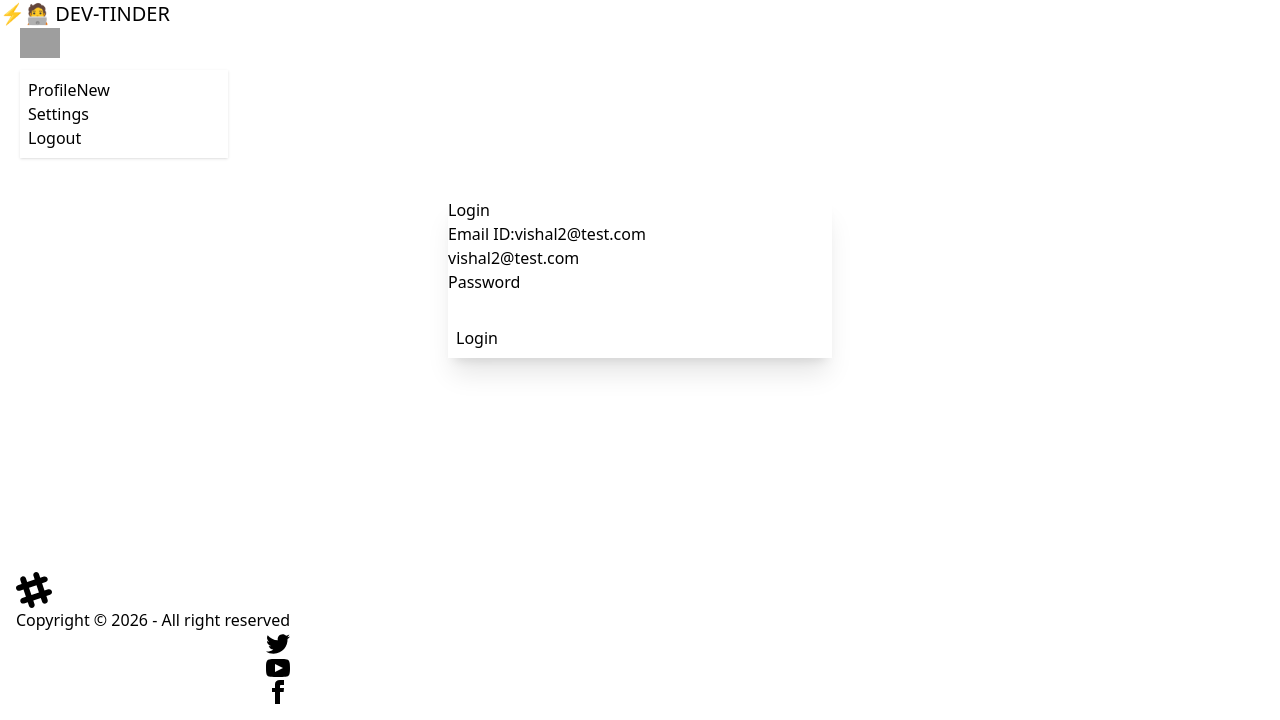
Repository: Mauryavishal18/DEV-TINDER
Page: /login (app in Frontend/)
An editor plug-in stored every save of this project. The page is shown before and after the next save, followed by the edit.
The browser window is 1280 px wide. The pictures show the whole page.
Pictures or frames that could not be fetched are drawn as grey boxes. The project was rebuilt for these pictures with package versions that can differ from the ones it lists, and the page was loaded fresh each time. Also part of the build but not shown: Frontend/vite.config.js, Frontend/src/Profile.jsx.

Above is the page before, as saved 2026-02-15 02:06:18.

### Frontend/index.html
<!doctype html>
<html lang="en">
  <head>
    <meta charset="UTF-8" />
    <link rel="icon" type="image/svg+xml" href="/vite.svg" />
    <meta name="viewport" content="width=device-width, initial-scale=1.0" />
    <title>devtinder</title>
  </head>
  <body>
    <div id="root"></div>
    <script type="module" src="/src/main.jsx"></script>
  </body>
</html>

### Frontend/src/App.jsx
import { BrowserRouter, Route, Routes } from "react-router-dom";
import NavBar from "./NavBar";
import Body from "./Body";
import Login from "./Login";
import Profile from "./Profile";

function App(){
  return (
    <>

    <BrowserRouter basename="/">
     <Routes>
      <Route path="/" element={<Body/>}>
      <Route path="/login" element={<Login/>}/>
     <Route path="/profile" element={<Profile/>}/>
     </Route>
     </Routes>
    </BrowserRouter>
    </>
  );
}

export default App;

### Frontend/src/NavBar.jsx
import React from 'react'

const NavBar = () => {
  return (
     <div className="navbar bg-base-300">
  <div className="flex-1">
    <a className="btn btn-ghost text-xl">⚡🧑‍💻
DEV-TINDER</a>
  </div>
  <div className="flex-none gap-2">
    {/* <div className="form-control">
      <input type="text" placeholder="Search" className="input input-bordered w-24 md:w-auto" />
    </div> */}
    <div className="dropdown dropdown-end mx-5">
      <div tabIndex={0} role="button" className="btn btn-ghost btn-circle avatar">
        <div className="w-10 rounded-full">
          <img
            alt="Tailwind CSS Navbar component"
            src="https://img.daisyui.com/images/stock/photo-1534528741775-53994a69daeb.webp" />
        </div>
      </div>
      <ul
        tabIndex={0}
        className="menu menu-sm dropdown-content bg-base-100 rounded-box z-[1] mt-3 w-52 p-2 shadow">
        <li>
          <a className="justify-between">
            Profile
            <span className="badge">New</span>
          </a>
        </li>
        <li><a>Settings</a></li>
        <li><a>Logout</a></li>
      </ul>
    </div>
  </div>
</div>
    // <div>NavBar</div>
  );
}

export default NavBar;

### Frontend/src/Body.jsx
import React from 'react'
import NavBar from './NavBar'
import { Outlet } from 'react-router-dom';
import Footer from './Footer';

const Body = () => {
  return (
    <div>
        <NavBar/>
        <Outlet/>
        <Footer/>
    </div>
  );
};

export default Body;

### Frontend/src/Login.jsx
import React, { useState } from 'react'
import axios from 'axios';

const Login = () => {
    const[emailId, setEmailId]=useState("vishal2@test.com");
    const[password,setPassword]=useState("");
    const handleLogin=async()=>{
   try{ const res = await axios.post("http://localhost:3000/login",{
        emailId,
        password,
    });}
    catch(err){
        console.error(err)
    }
};


  return (
    <div className='flex justify-center my-10'>
        <div className="card bg-base-300 w-96 shadow-xl">
  <div className="card-body">
    <h2 className="card-title bg-base-300 justify-center">Login</h2>
    <div>
        <label className="form-control w-full max-w-xs my-2">
  <div className="label">
    <span className="label-text">Email ID:{emailId}</span>
    {/* <span className="label-text-alt">Top Right label</span> */}
  </div>
  <input type="text" value={emailId} placeholder="" className="input input-bordered w-full max-w-xs"
  onChange={(e)=>setEmailId(e.target.value)} />

</label>
<label className="form-control w-full max-w-xs my-2">
  <div className="label">
    <span className="label-text">Password</span>
    {/* <span className="label-text-alt">Top Right label</span> */}
  </div>
  <input type="text" value={password} placeholder="" className="input input-bordered w-full max-w-xs"
  onChange={(e)=>setPassword(e.target.value)}/>

</label>
    </div>
    <div className="card-actions justify-center m-2">
      <button className="btn btn-primary" onClick={handleLogin}>Login</button>
    </div>
  </div>
</div>
</div>
  );
};

export default Login

### Frontend/src/Footer.jsx
import React from 'react'

const Footer = () => {
  return (

        <footer className="footer bg-base-200 text-neutral-content items-center p-4 fixed bottom-0">
  <aside className="grid-flow-col items-center">
    <svg
      width="36"
      height="36"
      viewBox="0 0 24 24"
      xmlns="http://www.w3.org/2000/svg"
      fillRule="evenodd"
      clipRule="evenodd"
      className="fill-current">
      <path
        d="M22.672 15.226l-2.432.811.841 2.515c.33 1.019-.209 2.127-1.23 2.456-1.15.325-2.148-.321-2.463-1.226l-.84-2.518-5.013 1.677.84 2.517c.391 1.203-.434 2.542-1.831 2.542-.88 0-1.601-.564-1.86-1.314l-.842-2.516-2.431.809c-1.135.328-2.145-.317-2.463-1.229-.329-1.018.211-2.127 1.231-2.456l2.432-.809-1.621-4.823-2.432.808c-1.355.384-2.558-.59-2.558-1.839 0-.817.509-1.582 1.327-1.846l2.433-.809-.842-2.515c-.33-1.02.211-2.129 1.232-2.458 1.02-.329 2.13.209 2.461 1.229l.842 2.515 5.011-1.677-.839-2.517c-.403-1.238.484-2.553 1.843-2.553.819 0 1.585.509 1.85 1.326l.841 2.517 2.431-.81c1.02-.33 2.131.211 2.461 1.229.332 1.018-.21 2.126-1.23 2.456l-2.433.809 1.622 4.823 2.433-.809c1.242-.401 2.557.484 2.557 1.838 0 .819-.51 1.583-1.328 1.847m-8.992-6.428l-5.01 1.675 1.619 4.828 5.011-1.674-1.62-4.829z"></path>
    </svg>
    <p>Copyright © {new Date().getFullYear()} - All right reserved</p>
  </aside>
  <nav className="grid-flow-col gap-4 md:place-self-center md:justify-self-end">
    <a>
      <svg
        xmlns="http://www.w3.org/2000/svg"
        width="24"
        height="24"
        viewBox="0 0 24 24"
        className="fill-current">
        <path
          d="M24 4.557c-.883.392-1.832.656-2.828.775 1.017-.609 1.798-1.574 2.165-2.724-.951.564-2.005.974-3.127 1.195-.897-.957-2.178-1.555-3.594-1.555-3.179 0-5.515 2.966-4.797 6.045-4.091-.205-7.719-2.165-10.148-5.144-1.29 2.213-.669 5.108 1.523 6.574-.806-.026-1.566-.247-2.229-.616-.054 2.281 1.581 4.415 3.949 4.89-.693.188-1.452.232-2.224.084.626 1.956 2.444 3.379 4.6 3.419-2.07 1.623-4.678 2.348-7.29 2.04 2.179 1.397 4.768 2.212 7.548 2.212 9.142 0 14.307-7.721 13.995-14.646.962-.695 1.797-1.562 2.457-2.549z"></path>
      </svg>
    </a>
    <a>
      <svg
        xmlns="http://www.w3.org/2000/svg"
        width="24"
        height="24"
        viewBox="0 0 24 24"
        className="fill-current">
        <path
          d="M19.615 3.184c-3.604-.246-11.631-.245-15.23 0-3.897.266-4.356 2.62-4.385 8.816.029 6.185.484 8.549 4.385 8.816 3.6.245 11.626.246 15.23 0 3.897-.266 4.356-2.62 4.385-8.816-.029-6.185-.484-8.549-4.385-8.816zm-10.615 12.816v-8l8 3.993-8 4.007z"></path>
      </svg>
    </a>
    <a>
      <svg
        xmlns="http://www.w3.org/2000/svg"
        width="24"
        height="24"
        viewBox="0 0 24 24"
        className="fill-current">
        <path
          d="M9 8h-3v4h3v12h5v-12h3.642l.358-4h-4v-1.667c0-.955.192-1.333 1.115-1.333h2.885v-5h-3.808c-3.596 0-5.192 1.583-5.192 4.615v3.385z"></path>
      </svg>
    </a>
  </nav>
</footer>
  );
}

export default Footer;

Loaded but not shown: Frontend/src/main.jsx (common file); Frontend/src/index.css (common file); Frontend/tailwind.config.js (common file)

After the next save:
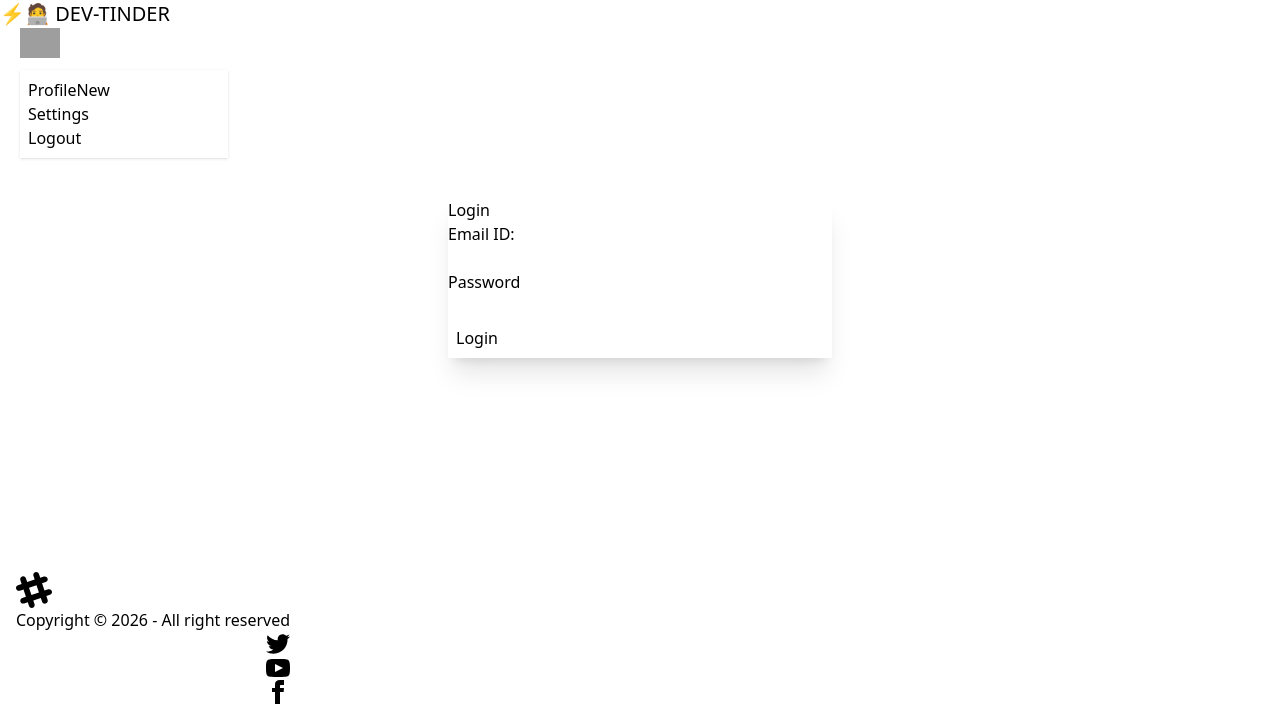
Saved 5 s later.
--- a/Frontend/src/Login.jsx
+++ b/Frontend/src/Login.jsx
@@ -2,7 +2,7 @@ import React, { useState } from 'react'
 import axios from 'axios';
 
 const Login = () => {
-    const[emailId, setEmailId]=useState("vishal2@test.com");
+    const[emailId, setEmailId]=useState("");
     const[password,setPassword]=useState("");
     const handleLogin=async()=>{
    try{ const res = await axios.post("http://localhost:3000/login",{
